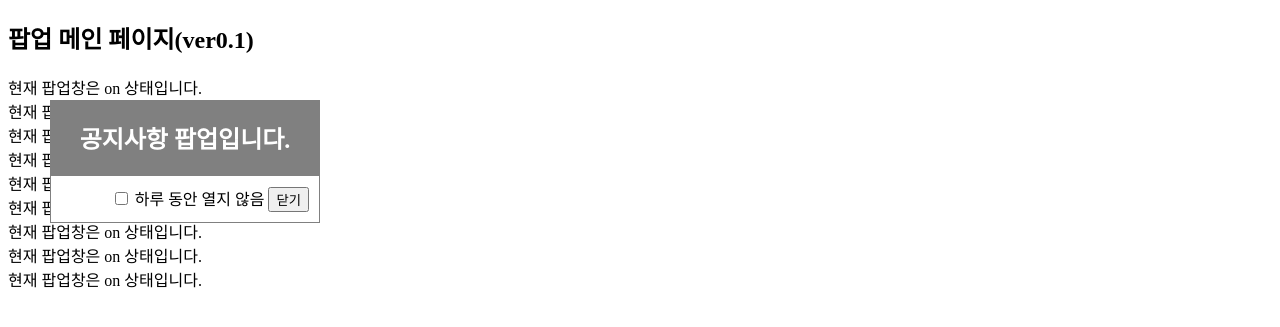
Repository: bluelessman/JSPServlet
Page: http://localhost/ServletStudy/04Cookie/PopupMain.jsp
An editor plug-in stored every save of this project. The page is shown before and after the next save, followed by the edit.
The browser window is 1280 px wide. The pictures show the whole page.
The page is served by Tomcat 10. Other server files are loaded and not shown.

Above is the page before, as saved 2023-12-13 01:50:47.

### ServletStudy/src/main/webapp/04Cookie/PopupMain.jsp
<%@ page language="java" contentType="text/html; charset=UTF-8"
	pageEncoding="UTF-8"%>
<%
String popupMode = "on";
Cookie[] cookies = request.getCookies();
if (cookies != null) {
	for (Cookie c : cookies) {
		String cookieName = c.getName();
		String cookieValue = c.getValue();
		if (cookieName.equals("PopupClose")) {
	popupMode = cookieValue;
		}
	}
}
%>
<!DOCTYPE html>
<html>
<head>
<meta charset="UTF-8">
<title>쿠키를 이용한 팝업 관리</title>
<style>
div#popup {
	position: absolute;
	top: 100px;
	left: 50px;
	color: white;
	width: 270px;
	height: 100px;
	background-color: gray;
}

div#popup>div {
	position: relatvie;
	background-color: white;
	top: 0px;
	border: 1px solid gray;
	padding: 10px;
	color: black;
}
</style>
<script
	src="https:/ajax.googleapis.com/ajax/libs/jquery/3.7.0/jquery.min.js"></script>
<script>
	$(function() {
		$('#closeBtn').click(function() {
			$('#popup').hide();
			var chkVal = $("input:checkbox[id=inactiveToday]:checked").val();
			if (chkBal == 1) {
				$.ajax({
					url : './PopupCookie.jsp',
					type : 'get',
					data : {
						inactiveToday : chkVal
					},
					dataType : "text",
					success : function(resData) {
						if (resData != '')
							location.reload();
					}
				});
			}
		});
	});
</script>
</head>
<body>
	<h2>팝업 메인 페이지(ver0.1)</h2>
	<%
	for (int i = 1; i < 10; i++) {
		out.print("현재 팝업창은 " + popupMode + " 상태입니다.<br/>");
	}
	if (popupMode.equals("on")) {
	%>
	<div id="popup">
		<h2 align="center">공지사항 팝업입니다.</h2>
		<div align="right">
			<form name="popFrm">
				<input type="checkbox" id="inactiveToday" value="1" /> 하루 동안 열지 않음 <input
					type="button" value="닫기" id="closeBtn" />
			</form>
		</div>
	</div>
	<%
}
%>
</body>
</html>

After the next save:
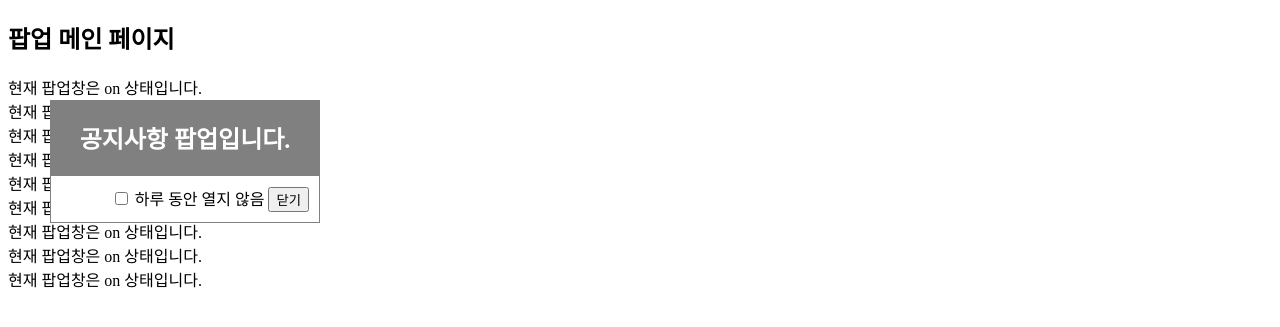
Saved 18 s later.
--- a/ServletStudy/src/main/webapp/04Cookie/PopupMain.jsp
+++ b/ServletStudy/src/main/webapp/04Cookie/PopupMain.jsp
@@ -64,7 +64,7 @@ div#popup>div {
 </script>
 </head>
 <body>
-	<h2>팝업 메인 페이지(ver0.1)</h2>
+	<h2>팝업 메인 페이지</h2>
 	<%
 	for (int i = 1; i < 10; i++) {
 		out.print("현재 팝업창은 " + popupMode + " 상태입니다.<br/>");
